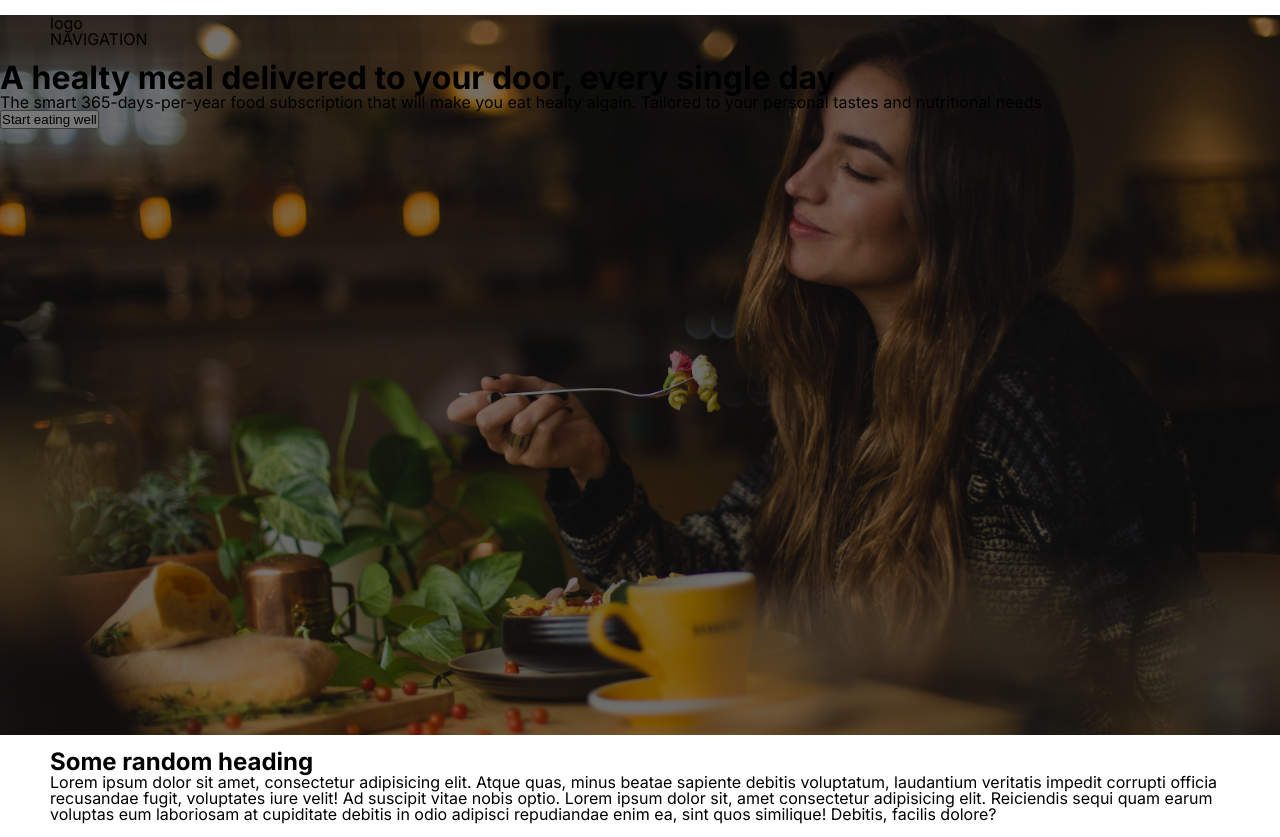
Repository: Ahmed123rezk123/06-Components
Page: hero.html
These files come from the project's save history. The page is drawn as it stood at one moment and after the next save; the edit follows.
The browser window is 1280 px wide. The pictures show the whole page.

Above is the page before, as saved 2024-09-18 09:12:23.

### hero.html
<!DOCTYPE html>
<html lang="en">
  <head>
    <meta charset="UTF-8" />
    <meta name="viewport" content="width=device-width, initial-scale=1.0" />
    <link rel="preconnect" href="https://fonts.gstatic.com" />
    <link
      href="https://fonts.googleapis.com/css2?family=Inter:wght@400;500;700&display=swap"
      rel="stylesheet"
    />
    <style>
      * {
        margin: 0;
        padding: 0;
        box-sizing: border-box;
      }

      body {
        font-family: "Inter", sans-serif;
        /* color: #343a40;
        background-color: #f8f9fa; */
        line-height: 1;
      }
      header {
        position: relative;
        background-image: url(/hero.jpg);
        background-repeat: no-repeat;
        background-size: cover;
        height: 100vh;
      }
      header::after {
        content: "";
        position: absolute;
        width: 100%;
        height: 100%;
        background-color: rgba(0, 0, 0, 0.5);
        top: 0;
        left: 0;
      }
      .container {
        margin: 15px 50px;
      }
    </style>
    <title>Pagination</title>
  </head>
  <body>
    <header>
      <nav class="container">
        <div>logo</div>
        <div>NAVIGATION</div>
      </nav>
      <div class="header-container">
        <div class="header-container-inner">
          <h1>A healty meal delivered to your door, every single day</h1>
          <p>
            The smart 365-days-per-year food subscription that will make you eat
            healty algain. Tailored to your personal tastes and nutritional
            needs
          </p>
          <button class="btn">Start eating well</button>
        </div>
      </div>
    </header>
    <section class="container">
      <h1>Some random heading</h1>
      <p>
        Lorem ipsum dolor sit amet, consectetur adipisicing elit. Atque quas,
        minus beatae sapiente debitis voluptatum, laudantium veritatis impedit
        corrupti officia recusandae fugit, voluptates iure velit! Ad suscipit
        vitae nobis optio. Lorem ipsum dolor sit, amet consectetur adipisicing
        elit. Reiciendis sequi quam earum voluptas eum laboriosam at cupiditate
        debitis in odio adipisci repudiandae enim ea, sint quos similique!
        Debitis, facilis dolore?
      </p>
    </section>
  </body>
</html>

After the next save:
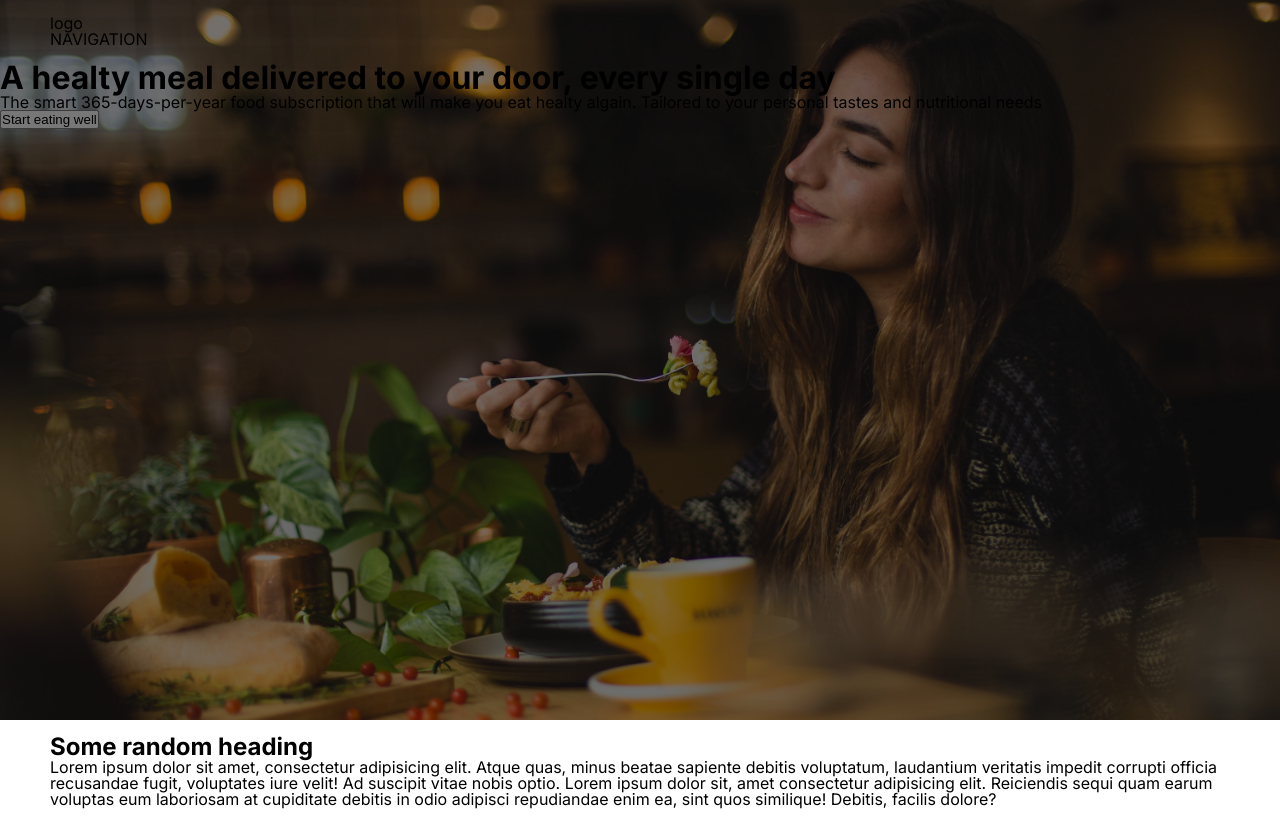
Saved 38 s later.
--- a/hero.html
+++ b/hero.html
@@ -38,7 +38,7 @@
         left: 0;
       }
       .container {
-        margin: 15px 50px;
+        padding: 15px 50px;
       }
     </style>
     <title>Pagination</title>
